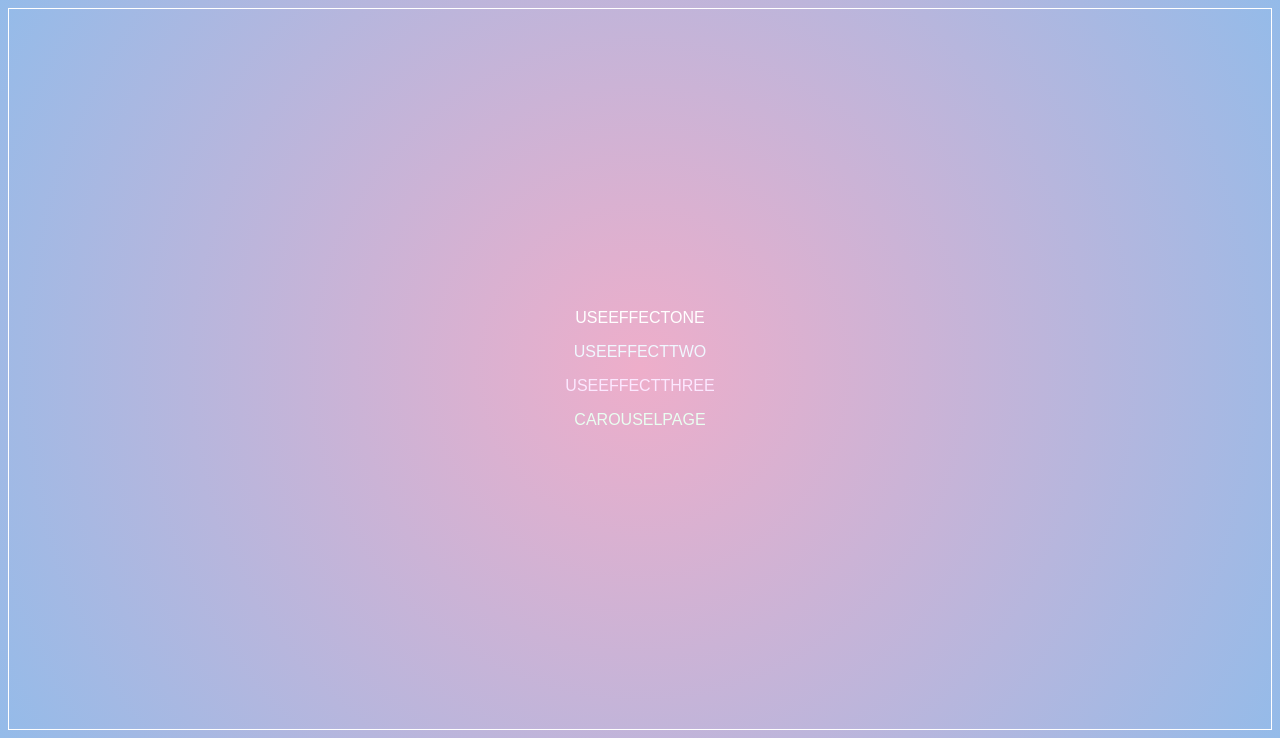
Repository: juliet-jskim/week-8-useEffect-carousel
Page: /
These files come from the project's save history. The page is drawn as it stood at one moment and after the next save; the edit follows.
The browser window is 1280 px wide. The pictures show the whole page.
The project was rebuilt for these pictures with package versions that can differ from the ones it lists, and the page was loaded fresh each time. The framework's server and built-in components were replaced by stand-ins that run in the browser. Also part of the build but not shown: next.config.js.

Above is the page before, as saved 2023-02-20 22:27:00.

After the next save:
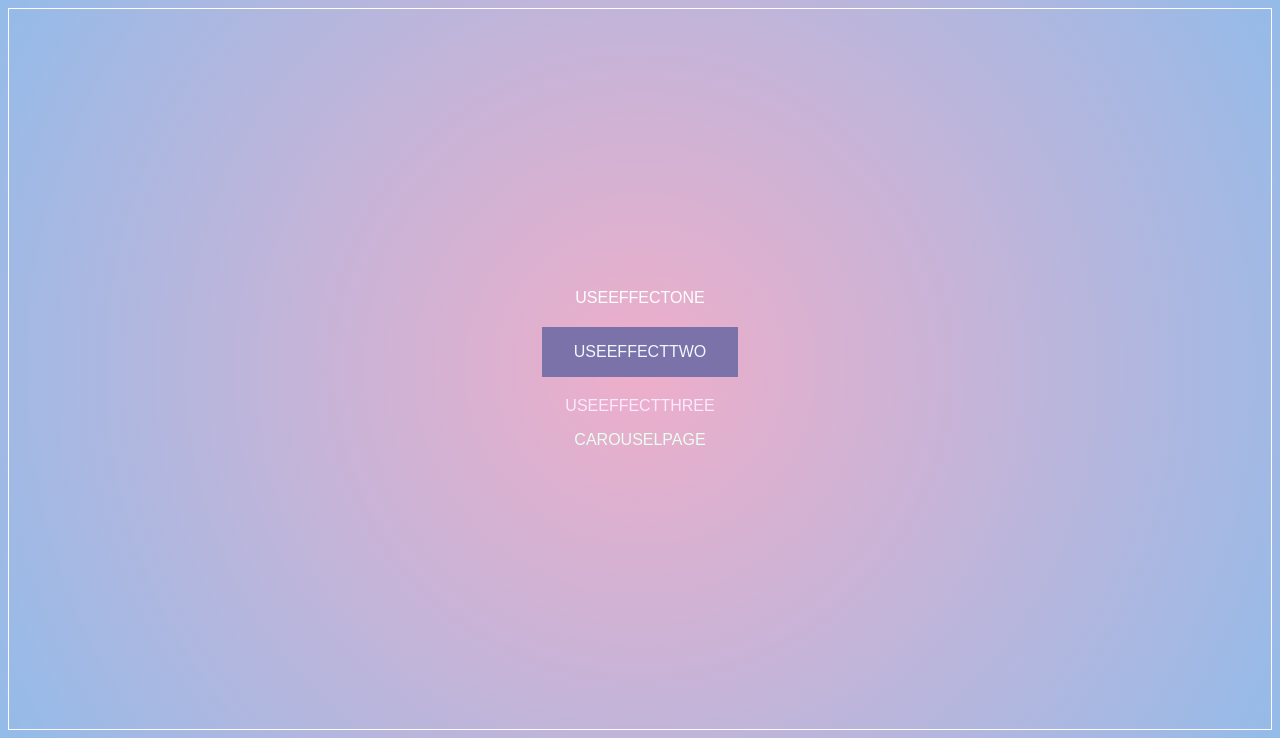
Saved 88 s later.
--- a/styles/Home.module.css
+++ b/styles/Home.module.css
@@ -26,6 +26,13 @@ transition: 0.3s;
   font-family: Arial, Helvetica, sans-serif;
   text-transform: uppercase;
   text-decoration: none;
+  background-color: #7a72a8;
+  border: none;
+  color: white;
+  padding: 1rem 2rem;
+  text-align: center;
+  font-size: 16px;
+  margin: 4px 2px;
 }
 .link_two:hover{
   font-size: 1.4rem;
